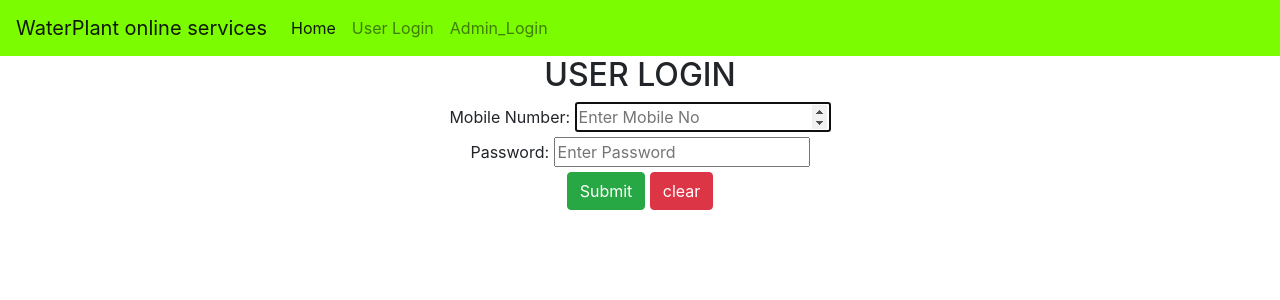
Repository: SHARMILAG97/WebApplication
Page: http://localhost/waterplant_web/userlogin.jsp
An editor plug-in stored every save of this project. The page is shown before and after the next save, followed by the edit.
The browser window is 1280 px wide. The pictures show the whole page.
The page is served by Tomcat 9.

Above is the page before, as saved 2019-09-18 08:51:13.
Console error: TypeError: Cannot read properties of undefined (reading 'fn')

After the next save:
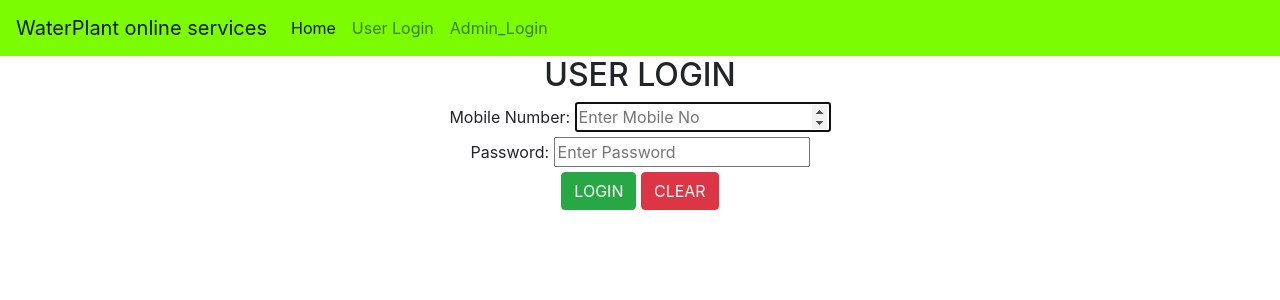
Saved 57 s later.
--- a/waterplant_web/src/main/webapp/userlogin.jsp
+++ b/waterplant_web/src/main/webapp/userlogin.jsp
@@ -68,8 +68,8 @@ if (message != null){
 <input type="password" name="password" id="password" placeholder="Enter Password" required />
 <br/>
 
-<input type="submit" value="Submit" class="btn btn-success">
-<button type="reset" class="btn btn-danger" value="clear">clear</button>
+<input type="submit" value="LOGIN" class="btn btn-success">
+<button type="reset" class="btn btn-danger" value="clear">CLEAR</button>
 </form>
 
 <script >
